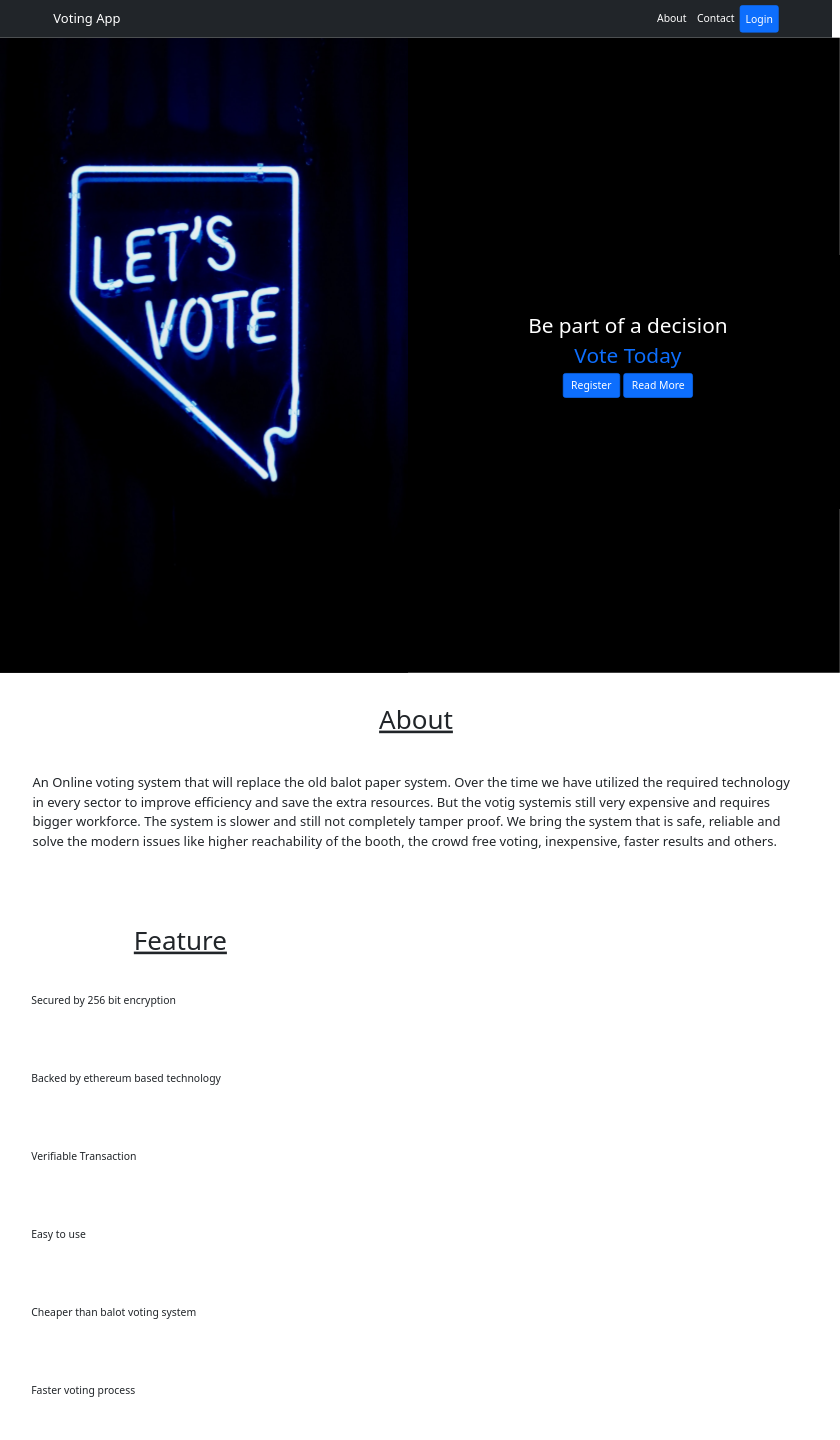
Repository: DavidManiIbrahim/Voting-app
Page: index.html
An editor plug-in stored every save of this project. The page is shown before and after the next save, followed by the edit.
The browser window is 1280 px wide. The page is 1292 px wide, so the pictures cover 1292 px, including what lies to the right of the window. The pictures show the whole page, at 65% of full size.

Above is the page before, as saved 2025-01-18 05:02:51.

### index.html
<!DOCTYPE html>
<html lang="en">
<head>
    <meta charset="UTF-8">
    <meta name="viewport" content="width=device-width, initial-scale=1.0">
    <title>Voting app</title>
    <link rel="stylesheet" href="./bootstrap.css">
    <link rel="stylesheet" href="./styles.css">
</head>
<body>

<!-- NavBar -->

    <nav class="navbar navbar-expand-lg bg-dark text-white ">
        <div class="container">
            <a href="#" class="navbar-brand text-white ">Voting App</a>


            <button class="navbar-toggler" data-bs-target="#navmenu" data-bs-toggle="collapse">
                <span class="navbar-toggler-icon bg-primary"></span>
            </button>
            <div class="collapse navbar-collapse " id="navmenu">
                <ul class="navbar-nav ms-auto text-center">
                    <li class="nav-link text-white">About</li>
                    <li class="nav-link text-white">Contact</li>
                    <a class="nav-link btn btn-primary text-white">Login</a>
                </ul>
            </div>
</div>
    </nav>

<!-- Hero Section -->

<div class="row h-100 curtain">
    <div class="col-md ">
        <img src="./unsplash_LA1VawaCjjI.svg" class="img-fluid" alt="" class="img-fluid">
    </div>
    <div class="col-md m-auto" >
        <div class="container-fluid text-center lead m-auto text-white" id="content">
            <h2>Be part of a decision</h2>
            <h2 class="text-primary">Vote Today</h2>
            <div class="">
                <button class="btn btn-primary">Register</button>
                <button class="btn btn-primary">Read More</button>
            </div>
        </div>
    </div>
</div>

<!-- About Section -->

<div class="row mt-5 about d-sm-inline-flex">
    <div class=" text-center box">

            <h1 class=" text-decoration-underline">About</h1>

    </div>
    <div class=" text ">
        <p class="lead">An Online voting system that will replace the old balot
        paper system. Over the time we have utilized the required
        technology in every sector to improve efficiency and save the
           extra resources. But the votig systemis still very
           expensive and requires bigger workforce. The system is slower
           and still not completely tamper proof. We bring the system that
           is safe, reliable and solve the modern issues like higher
           reachability of the booth, the crowd free voting, inexpensive,
           faster results and others.
        </p>
        <!-- <p class="wrap">Lorem ipsum dolor sit amet consectetur adipisicing elit. Doloribus asperiores quaerat quam blanditiis et error quia dolore temporibus accusantium adipisci deleniti, corrupti distinctio sapiente explicabo tempora atque perspiciatis obcaecati molestiae?</p> -->
        <!-- <p class="wrap">Lorem ipsum dolor sit amet consectetur adipisicing elit. Doloribus asperiores quaerat quam blanditiis et error quia dolore temporibus accusantium adipisci deleniti, corrupti distinctio sapiente explicabo tempora atque perspiciatis obcaecati molestiae?</p> -->
        <!-- <p class="wrap">Lorem ipsum dolor sit amet consectetur adipisicing elit. Doloribus asperiores quaerat quam blanditiis et error quia dolore temporibus accusantium adipisci deleniti, corrupti distinctio sapiente explicabo tempora atque perspiciatis obcaecati molestiae?</p> -->
        <!-- <p class="wrap">Lorem ipsum dolor sit amet consectetur adipisicing elit. Doloribus asperiores quaerat quam blanditiis et error quia dolore temporibus accusantium adipisci deleniti, corrupti distinctio sapiente explicabo tempora atque perspiciatis obcaecati molestiae?</p> -->
    </div>
</div>

<!-- feature section -->

<div class="row mt-5 about d-sm-inline-flex">
    <div class=" text-center box">

            <h1 class=" text-decoration-underline">Feature</h1>

    </div>
    <div class=" text ">
        <ul class="list-unstyled list-group-flush">
            <li class="nav-item p-5">Secured by 256 bit encryption</li>
            <li class="nav-item p-5">Backed by ethereum based technology</li>
            <li class="nav-item p-5">Verifiable Transaction</li>
            <li class="nav-item p-5">Easy to use</li>
            <li class="nav-item p-5">Cheaper than balot voting system</li>
            <li class="nav-item p-5">Faster voting process</li>
        </ul>

    </div>
</div>



    <script src="./bootstrap.min.js"></script>
</body>
</html>

### styles.css
.lead,#content{
    /* height:50vh; */
    /* border:1px solid; */
    padding: 50px;
}

.curtain{
    background-color: #000;
}

.rotate{
    margin: 10px auto;
}

.about{
    /* border:1px solid red; */
    position:relative;
}

.box{
    /* width:50%;
    rotate:270deg;
    padding:50px;
    border:1px solid yellow;
    height:200px; */
}

.wrap{
    width:50vw;
    padding: 40px;
    /* border:1px solid; */
}

.text{
    /* border:1px solid blue; */
}

Loaded but not shown: bootstrap.css (library); bootstrap.min.js (library)

After the next save:
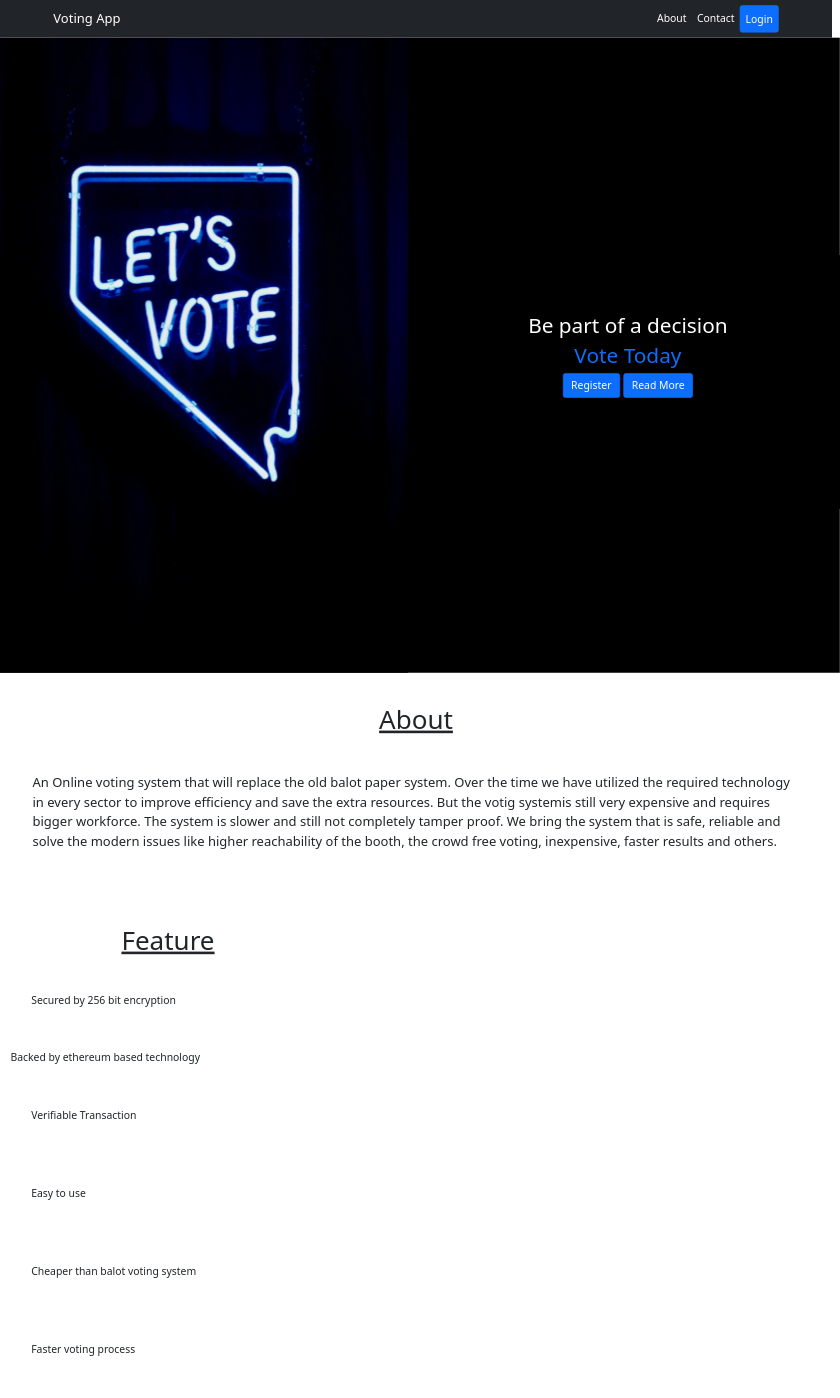
Saved 16 s later.
--- a/index.html
+++ b/index.html
@@ -84,7 +84,7 @@
     <div class=" text ">
         <ul class="list-unstyled list-group-flush">
             <li class="nav-item p-5">Secured by 256 bit encryption</li>
-            <li class="nav-item p-5">Backed by ethereum based technology</li>
+            <li class="nav-item p-3">Backed by ethereum based technology</li>
             <li class="nav-item p-5">Verifiable Transaction</li>
             <li class="nav-item p-5">Easy to use</li>
             <li class="nav-item p-5">Cheaper than balot voting system</li>
